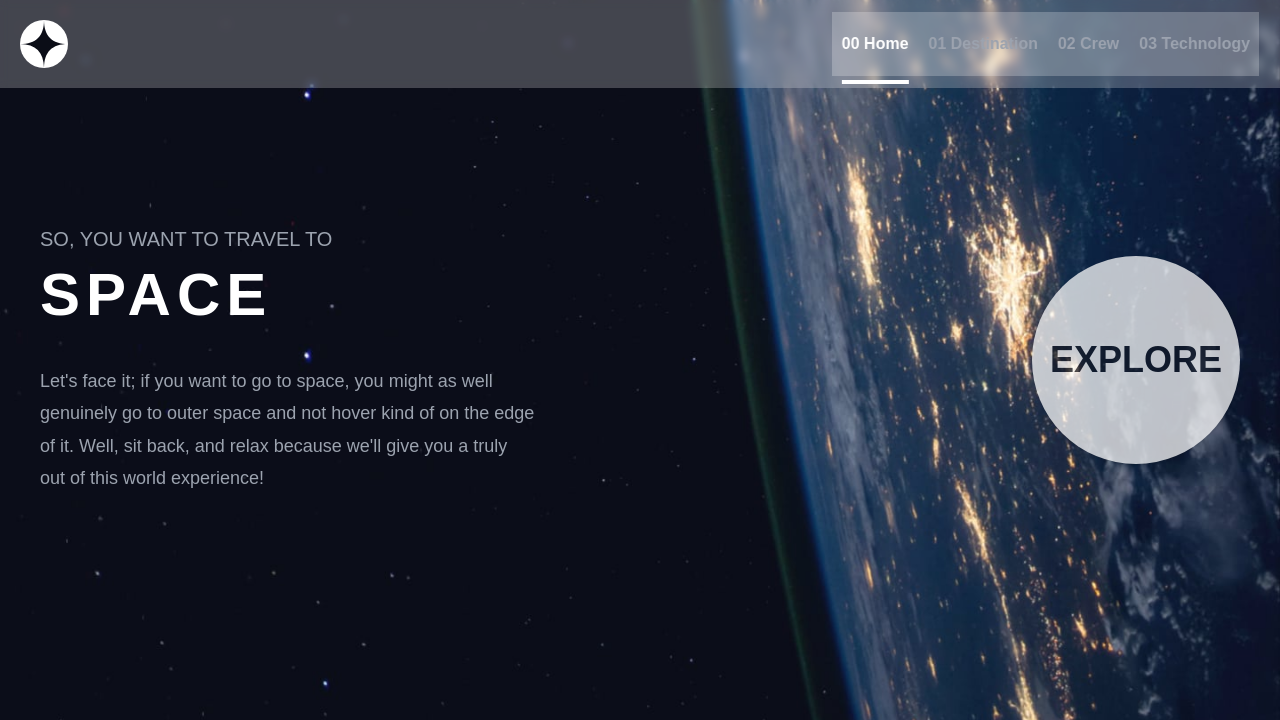
Repository: OmniaRafat232111121/Space-Toursim
Page: /
These files come from the project's save history. The page is drawn as it stood at one moment and after the next save; the edit follows.
The browser window is 1280 px wide. The pictures show the whole page.
Some web fonts or font styles are not loaded; a fallback is used. The project was rebuilt for these pictures with package versions that can differ from the ones it lists, and the page was loaded fresh each time. Also part of the build but not shown: src/components/Destination.js, src/components/Crew.js, src/components/Technology.js, src/components/Error.js.

Above is the page before, as saved 2022-08-09 15:42:18.

After the next save:
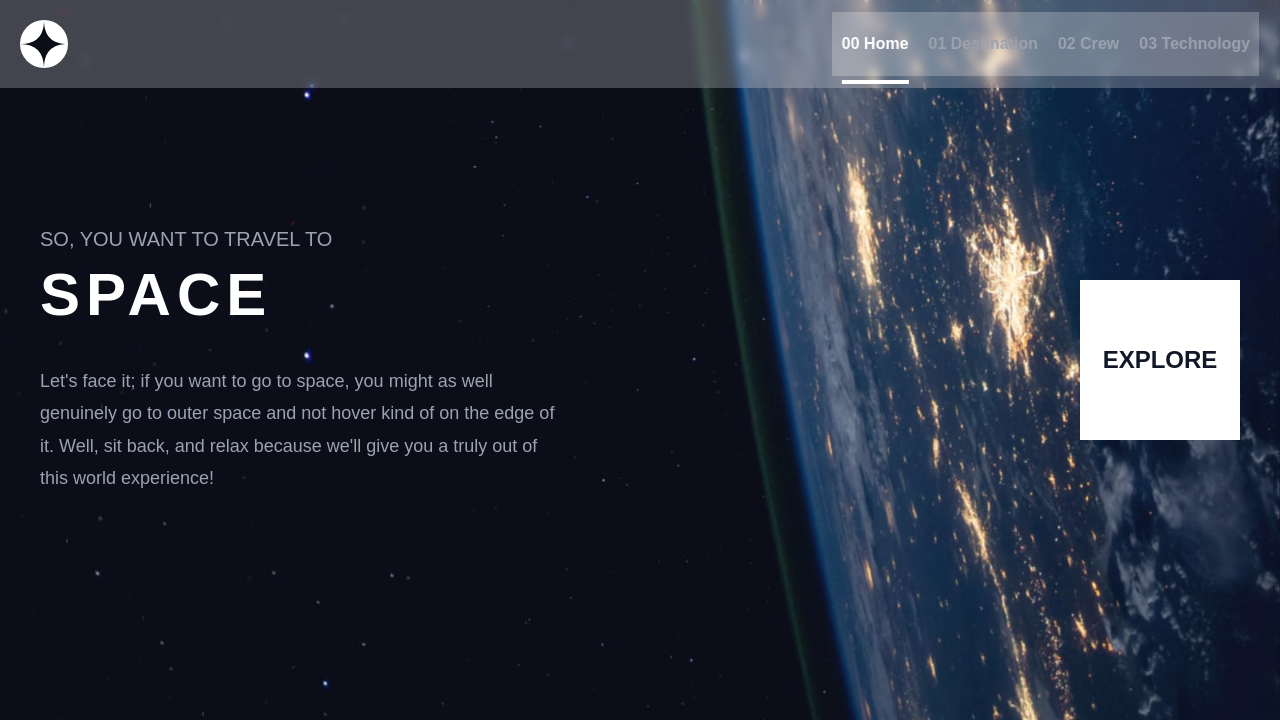
Saved 76 s later.
--- a/src/components/Home.js
+++ b/src/components/Home.js
@@ -19,7 +19,7 @@ export default function Home() {
             </p>
       </article>
       <article>
-      <button className="bg-white text-gray-900 font-bold uppercase text-2xl w-40 h-40 rounded-full shadow xl:h-52 xl:w-52 xl:text-4xl animate-pulse mt-10 md:mt-0">
+      <button className="bg-white text-gray-900 font-bold uppercase text-2xl w-40 h-40 ">
         Explore
       </button>
     </article>
